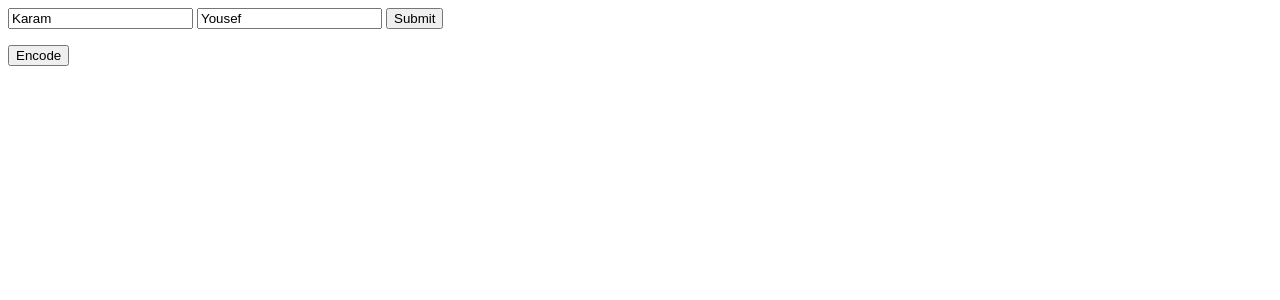
Repository: kchan75/kakaobank
Page: inserver/src/main/resources/static/index.html
The author's editor kept a copy of each file at every save. The page is drawn from the files as they stood at one save, then again after the next save.
The browser window is 1280 px wide. The pictures show the whole page.

Above is the page before, as saved 2021-03-21 00:37:47.

After the next save:
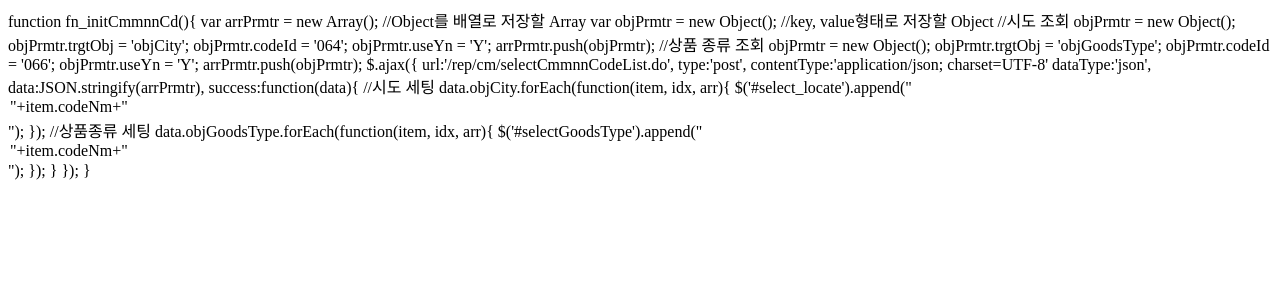
Saved 11 s later.
--- a/inserver/src/main/resources/static/index.html
+++ b/inserver/src/main/resources/static/index.html
@@ -1,56 +1,39 @@
-<html>
-<head>
-    <title>test</title>
-</head>
+function fn_initCmmnnCd(){
 
-<body>
-    <form id="formElem">
-        <input type="text" name="firstname" value="Karam">
-        <input type="text" name="lastname" value="Yousef">
-        <input type="submit">
-    </form>
-    <div id="decoded"></div>
-    <button id="encode">Encode</button>
-    <div id="encoded"></div>
-</body>
-<script>
-    encode.onclick = async (e) => {
-        let response = await fetch('http://localhost:8482/encode', {
-                method: 'GET',
-                headers: {
-                    'Content-Type': 'application/json',
-                },
-        })
+  var arrPrmtr = new Array(); //Object를 배열로 저장할 Array
+  var objPrmtr = new Object(); //key, value형태로 저장할 Object
 
-        let text = await response.text(); // read response body as text
-        data = JSON.parse(text);
-        document.querySelector("#encoded").innerHTML = text;
-      //  document.querySelector("#encoded").innerHTML = `First name = ${data.firstname} <br/>
-      //                                                  Last name = ${data.lastname} <br/>
-      //                                                  Age    = ${data.age}`
-    };
+  //시도 조회
+  objPrmtr = new Object();
+  objPrmtr.trgtObj = 'objCity';
+  objPrmtr.codeId = '064';
+  objPrmtr.useYn = 'Y';
+  arrPrmtr.push(objPrmtr);
 
-    formElem.onsubmit = async (e) => {
-      e.preventDefault();
-      var form = document.querySelector("#formElem");
-     // var form = document.forms[0];
+  //상품 종류 조회
+  objPrmtr = new Object();
+  objPrmtr.trgtObj = 'objGoodsType';
+  objPrmtr.codeId = '066';
+  objPrmtr.useYn = 'Y';
+  arrPrmtr.push(objPrmtr);
 
-        data = {
-          firstname : form.querySelector('input[name="firstname"]').value,
-          lastname : form.querySelector('input[name="lastname"]').value,
-          age : 5
-        }
+  $.ajax({
+          url:'/rep/cm/selectCmmnnCodeList.do',
+          type:'post',
+          contentType:'application/json; charset=UTF-8'
+          dataType:'json',
+          data:JSON.stringify(arrPrmtr),
+          success:function(data){
 
-        let response = await fetch('http://localhost:8080/kchan', {
-                method: 'POST', // or 'PUT'
-                headers: {
-                    'Content-Type': 'application/json',
-                },
-                body: JSON.stringify(data),
-        })
+			  //시도 세팅
+			  data.objCity.forEach(function(item, idx, arr){
+				  $('#select_locate').append("<option value='"+item.detailCode+"'>"+item.codeNm+"</option>");
+			  });
 
-        let text = await response.text(); // read response body as text
-        document.querySelector("#decoded").innerHTML = text;
-    };
-</script>
-</html>
+			  //상품종류 세팅
+			  data.objGoodsType.forEach(function(item, idx, arr){
+				  $('#selectGoodsType').append("<option value='"+item.detailCode+"'>"+item.codeNm+"</option>");
+			  });
+          }
+  });
+}

After the save that followed:
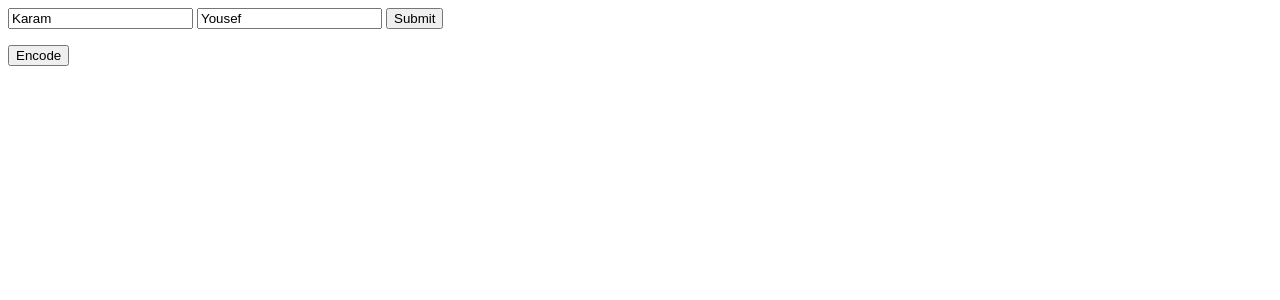
Saved 8 s later.
--- a/inserver/src/main/resources/static/index.html
+++ b/inserver/src/main/resources/static/index.html
@@ -1,39 +1,56 @@
-function fn_initCmmnnCd(){
+<html>
+<head>
+    <title>test</title>
+</head>
 
-  var arrPrmtr = new Array(); //Object를 배열로 저장할 Array
-  var objPrmtr = new Object(); //key, value형태로 저장할 Object
+<body>
+    <form id="formElem">
+        <input type="text" name="firstname" value="Karam">
+        <input type="text" name="lastname" value="Yousef">
+        <input type="submit">
+    </form>
+    <div id="decoded"></div>
+    <button id="encode">Encode</button>
+    <div id="encoded"></div>
+</body>
+<script>
+    encode.onclick = async (e) => {
+        let response = await fetch('http://localhost:8482/encode', {
+                method: 'GET',
+                headers: {
+                    'Content-Type': 'application/json',
+                },
+        })
 
-  //시도 조회
-  objPrmtr = new Object();
-  objPrmtr.trgtObj = 'objCity';
-  objPrmtr.codeId = '064';
-  objPrmtr.useYn = 'Y';
-  arrPrmtr.push(objPrmtr);
+        let text = await response.text(); // read response body as text
+        data = JSON.parse(text);
+        document.querySelector("#encoded").innerHTML = text;
+      //  document.querySelector("#encoded").innerHTML = `First name = ${data.firstname} <br/>
+      //                                                  Last name = ${data.lastname} <br/>
+      //                                                  Age    = ${data.age}`
+    };
 
-  //상품 종류 조회
-  objPrmtr = new Object();
-  objPrmtr.trgtObj = 'objGoodsType';
-  objPrmtr.codeId = '066';
-  objPrmtr.useYn = 'Y';
-  arrPrmtr.push(objPrmtr);
+    formElem.onsubmit = async (e) => {
+      e.preventDefault();
+      var form = document.querySelector("#formElem");
+     // var form = document.forms[0];
 
-  $.ajax({
-          url:'/rep/cm/selectCmmnnCodeList.do',
-          type:'post',
-          contentType:'application/json; charset=UTF-8'
-          dataType:'json',
-          data:JSON.stringify(arrPrmtr),
-          success:function(data){
+        data = {
+          firstname : form.querySelector('input[name="firstname"]').value,
+          lastname : form.querySelector('input[name="lastname"]').value,
+          age : 5
+        }
 
-			  //시도 세팅
-			  data.objCity.forEach(function(item, idx, arr){
-				  $('#select_locate').append("<option value='"+item.detailCode+"'>"+item.codeNm+"</option>");
-			  });
+        let response = await fetch('http://localhost:8080/kchan', {
+                method: 'POST', // or 'PUT'
+                headers: {
+                    'Content-Type': 'application/json',
+                },
+                body: JSON.stringify(data),
+        })
 
-			  //상품종류 세팅
-			  data.objGoodsType.forEach(function(item, idx, arr){
-				  $('#selectGoodsType').append("<option value='"+item.detailCode+"'>"+item.codeNm+"</option>");
-			  });
-          }
-  });
-}
+        let text = await response.text(); // read response body as text
+        document.querySelector("#decoded").innerHTML = text;
+    };
+</script>
+</html>
